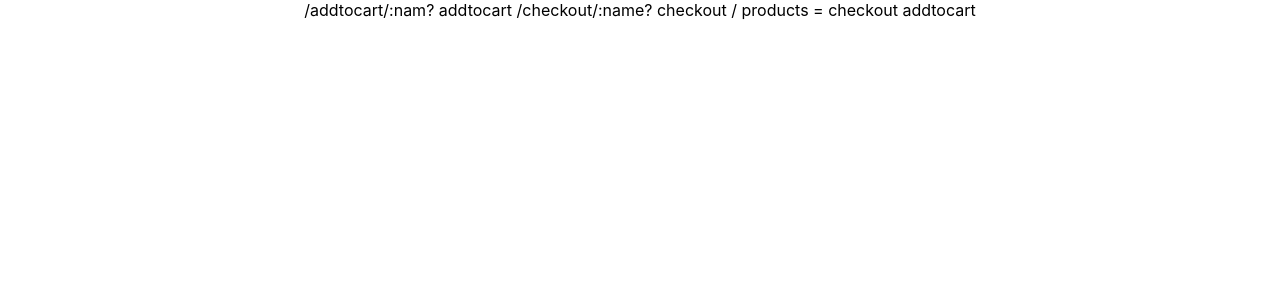
Repository: Rubin78/product-app
Page: /
These files come from the project's save history. The page is drawn as it stood at one moment and after a run of saves; the edit follows.
The browser window is 1280 px wide. The pictures show the whole page.
The page's requests for data from a server got no answer. The project was rebuilt for these pictures with package versions that can differ from the ones it lists, and the page was loaded fresh each time. No one was signed in, and anything a server would have sent is missing. Also part of the build but not shown: src/component/Checkout/index.js, src/component/AddToCart/index.js.

Above is the page before, as saved 2021-02-15 18:07:22.

### src/index.js
import React from 'react';
import ReactDOM from 'react-dom';
import './index.css';
import App from './App';
import reportWebVitals from './reportWebVitals';
import { BrowserRouter } from 'react-router-dom';
ReactDOM.render(
  <BrowserRouter>
    <App />
  </BrowserRouter>
  ,
  document.getElementById('root')
);

// If you want to start measuring performance in your app, pass a function
// to log results (for example: reportWebVitals(console.log))
// or send to an analytics endpoint. Learn more: https://bit.ly/CRA-vitals
reportWebVitals();

### src/App.js
import {useEffect} from 'react';
import logo from './logo.svg';
import './App.css';
import axios from 'axios';
import { Switch, Route } from "react-router-dom"
import Checkout from './component/Checkout/index'
import Product from './component/Product/index'
import AddToCart from './component/AddToCart/index'

function App() {

  return (
    <div className="App">
      <Switch>
        <Route exact path="/" component={Product} />

        <Route exact path="/add-to-cart" component={AddToCart} />
        <Route exact path="/checkout" component={Checkout} />
      </Switch>
      /addtocart/:nam? addtocart /checkout/:name? checkout / products =
      checkout addtocart
    </div>
  );
}

export default App;

### src/component/Product/index.js
import React, {useState, useEffect} from 'react'
import axios from 'axios'

export default function Product() {
  const [productsList, setProductsList] = useState([])

  useEffect(() => {
      axios.get('https://product-display-556dc-default-rtdb.firebaseio.com/.json').then(response => {
        setProductsList(response.data)
      }).catch(error => {
        console.log(error)
      })
    }, [])

    return (
        <div>
            {productsList && productsList.map(product => (
              <div>
                {product.name}<br />
                {product.description}<br />
                {product.description}<br />
              </div>
            ))}
        </div>
    )
}

Loaded but not shown: public/index.html (common file); src/index.css (common file); src/reportWebVitals.js (common file); src/App.css (common file)

After the next 2 saves:
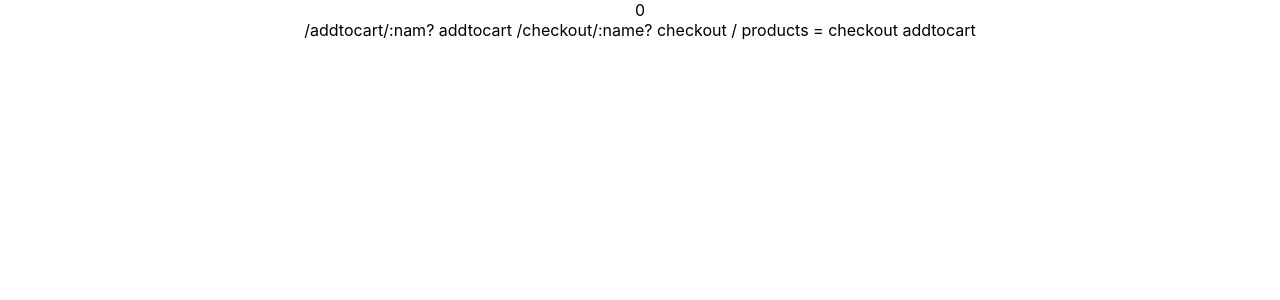
The 2 saves are shown as one change because they came seconds apart.
The last was saved 17 s later.
--- a/src/component/Product/index.js
+++ b/src/component/Product/index.js
@@ -14,7 +14,7 @@ export default function Product() {
 
     return (
         <div>
-            {productsList && productsList.map(product => (
+            {productsList.length && productsList.map(product => (
               <div>
                 {product.name}<br />
                 {product.description}<br />
